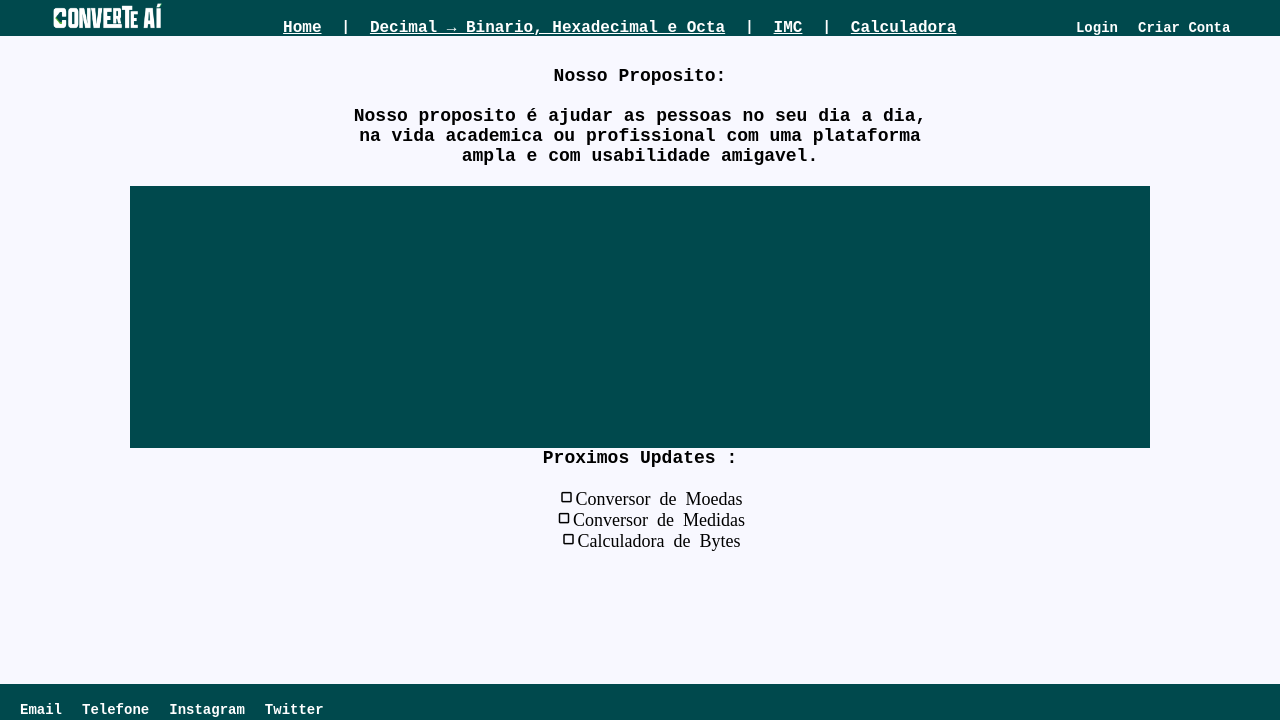
Repository: Frav1u/converteai
Page: ConverteAi/src/main/webapp/home.html
These files come from the project's save history. The page is drawn as it stood at one moment and after the next save; the edit follows.
The browser window is 1280 px wide. The pictures show the whole page.
Some web fonts or font styles are not loaded; a fallback is used.

Above is the page before, as saved 2023-10-01 20:11:15.

After the next save:
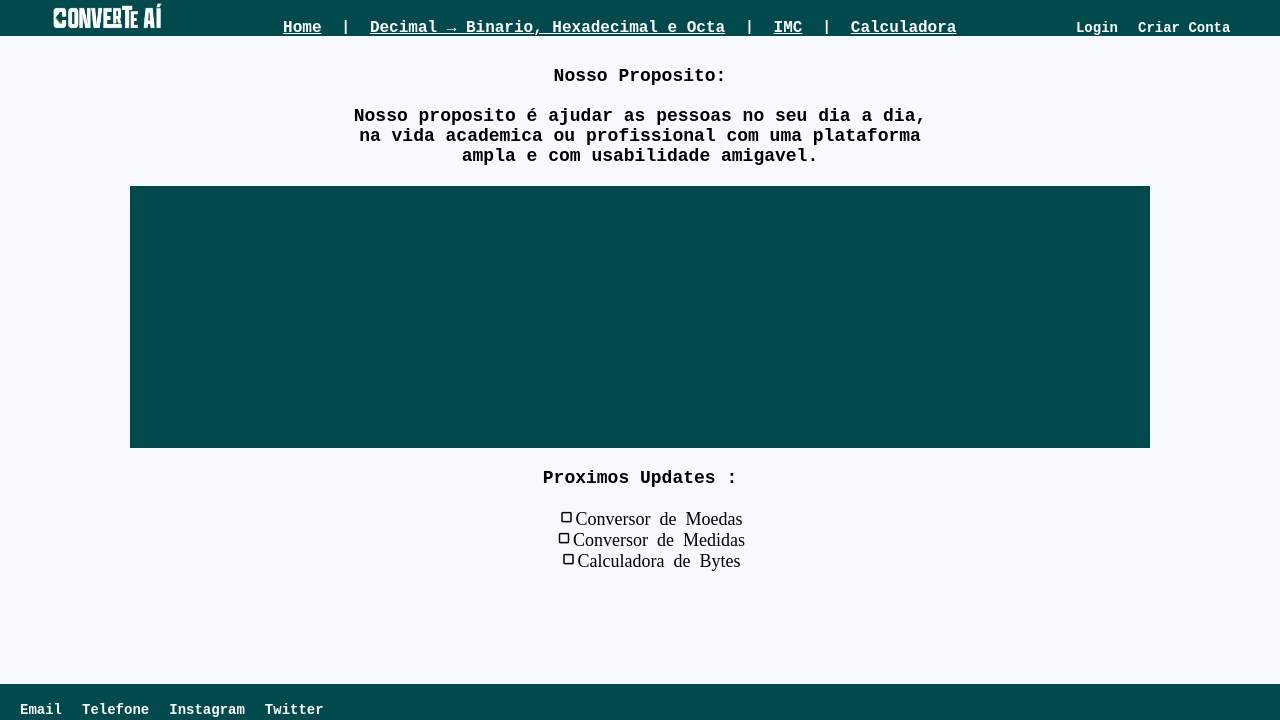
Saved 61 s later.
--- a/ConverteAi/src/main/webapp/stylehome2.css
+++ b/ConverteAi/src/main/webapp/stylehome2.css
@@ -107,3 +107,7 @@ footer{
 	width: 1020px;
 	margin: auto;
 }
+
+h2{
+	margin-top: 20px;
+}
